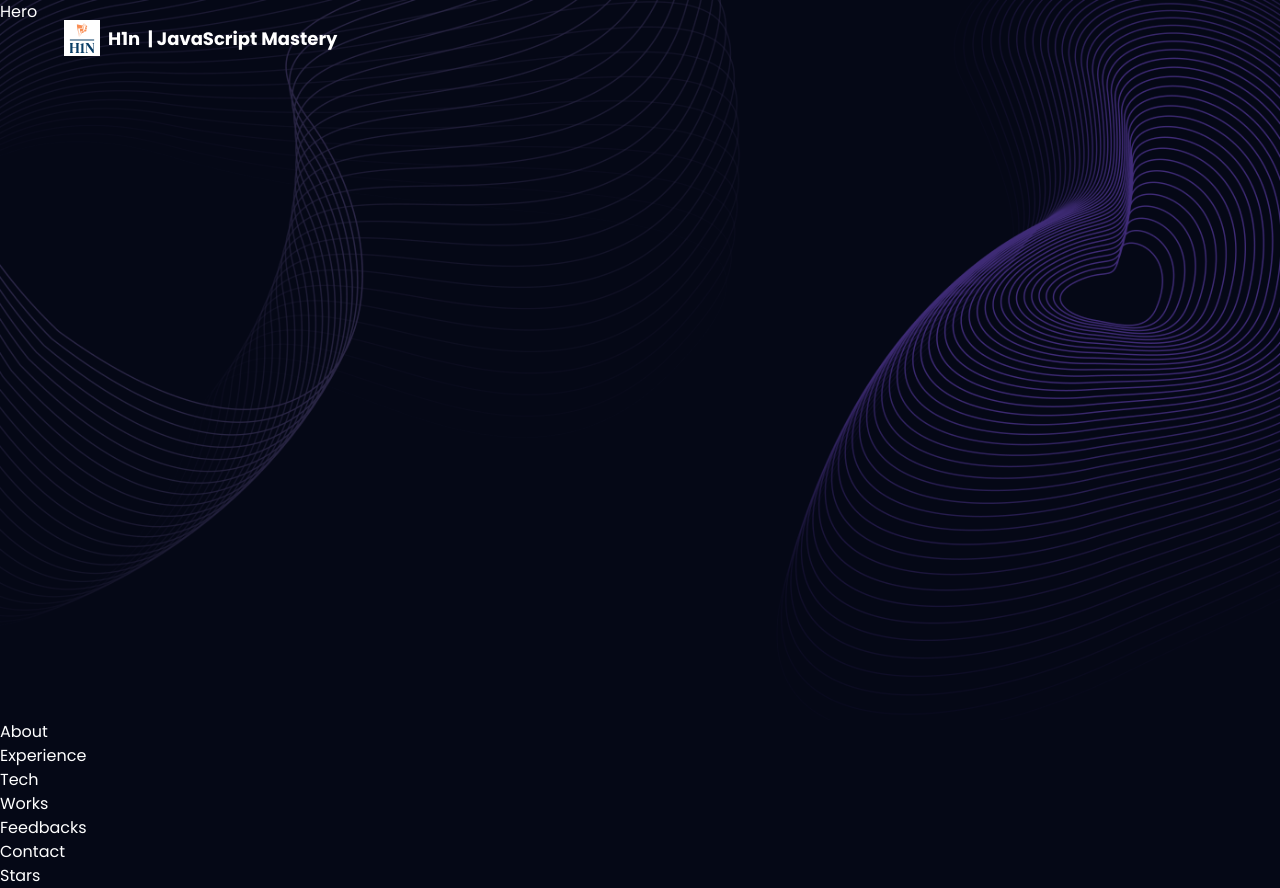
Repository: truonghuynhquy/3D_Portfolio
Page: /
These files come from the project's save history. The page is drawn as it stood at one moment and after the next save; the edit follows.
The browser window is 1280 px wide. The pictures show the whole page.
The project was rebuilt for these pictures with package versions that can differ from the ones it lists, and the page was loaded fresh each time. Also part of the build but not shown: vite.config.js, src/components/canvas/Earth.jsx, src/components/canvas/Ball.jsx, src/components/canvas/Computers.jsx. Imported but missing from the stored project, and not drawn on this page: src/components/hoc, src/components/styles, src/components/utils/motion.

Above is the page before, as saved 2023-04-08 10:58:13.

### index.html
<!DOCTYPE html>
<html lang="en">
  <head>
    <meta charset="UTF-8" />
    <link rel="icon" type="image/svg+xml" href="/src/assets/logo.svg" />
    <meta name="viewport" content="width=device-width, initial-scale=1.0" />
    <title>H1n | Portfolio</title>
  </head>
  <body>
    <div id="root"></div>
    <script type="module" src="/src/main.jsx"></script>
  </body>
</html>

### src/App.jsx
import { BrowserRouter } from "react-router-dom";

import {
    About,
    Contact,
    Experience,
    Feedbacks,
    Hero,
    Navbar,
    Tech,
    Works,
    StarsCanvas,
} from "./components";

const App = () => {
    return (
        <BrowserRouter>
            <div className="relative z-0 bg-primary">
                <div className="bg-hero-pattern bg-cover bg-no-repeat bg-center h-screen">
                    <Navbar />
                    <Hero />
                </div>
                <About />
                <Experience />
                <Tech />
                <Works />
                <Feedbacks />
                <div className="relative z-0">
                    <Contact />
                    <StarsCanvas />
                </div>
            </div>
        </BrowserRouter>
    );
};

export default App;

### src/index.css
@import url("https://fonts.googleapis.com/css2?family=Poppins:wght@100;200;300;400;500;600;700;800;900&display=swap");

@tailwind base;
@tailwind components;
@tailwind utilities;

* {
    margin: 0;
    padding: 0;
    box-sizing: border-box;
    font-family: "Poppins", sans-serif;
    scroll-behavior: smooth;
    color-scheme: dark;
}

.hash-span {
    margin-top: -100px;
    padding-bottom: 100px;
    display: block;
}

.black-gradient {
    background: #000000; /* fallback for old browsers */
    background: -webkit-linear-gradient(
        to right,
        #434343,
        #000000
    ); /* Chrome 10-25, Safari 5.1-6 */
    background: linear-gradient(
        to right,
        #434343,
        #000000
    ); /* W3C, IE 10+/ Edge, Firefox 16+, Chrome 26+, Opera 12+, Safari 7+ */
}

.violet-gradient {
    background: #804dee;
    background: linear-gradient(-90deg, #804dee 0%, rgba(60, 51, 80, 0) 100%);
    background: -webkit-linear-gradient(
        -90deg,
        #804dee 0%,
        rgba(60, 51, 80, 0) 100%
    );
}

.green-pink-gradient {
    background: "#00cea8";
    background: linear-gradient(90.13deg, #00cea8 1.9%, #bf61ff 97.5%);
    background: -webkit-linear-gradient(-90.13deg, #00cea8 1.9%, #bf61ff 97.5%);
}

.orange-text-gradient {
    background: #f12711; /* fallback for old browsers */
    background: -webkit-linear-gradient(
        to top,
        #f12711,
        #f5af19
    ); /* Chrome 10-25, Safari 5.1-6 */
    background: linear-gradient(
        to top,
        #f12711,
        #f5af19
    ); /* W3C, IE 10+/ Edge, Firefox 16+, Chrome 26+, Opera 12+, Safari 7+ */
    -webkit-background-clip: text;
    -webkit-text-fill-color: transparent;
}

.green-text-gradient {
    background: #11998e; /* fallback for old browsers */
    background: -webkit-linear-gradient(
        to top,
        #11998e,
        #38ef7d
    ); /* Chrome 10-25, Safari 5.1-6 */
    background: linear-gradient(
        to top,
        #11998e,
        #38ef7d
    ); /* W3C, IE 10+/ Edge, Firefox 16+, Chrome 26+, Opera 12+, Safari 7+ */
    -webkit-background-clip: text;
    -webkit-text-fill-color: transparent;
}

.blue-text-gradient {
    /* background: -webkit-linear-gradient(#eee, #333); */
    background: #56ccf2; /* fallback for old browsers */
    background: -webkit-linear-gradient(
        to top,
        #2f80ed,
        #56ccf2
    ); /* Chrome 10-25, Safari 5.1-6 */
    background: linear-gradient(
        to top,
        #2f80ed,
        #56ccf2
    ); /* W3C, IE 10+/ Edge, Firefox 16+, Chrome 26+, Opera 12+, Safari 7+ */
    -webkit-background-clip: text;
    -webkit-text-fill-color: transparent;
}

.pink-text-gradient {
    background: #ec008c; /* fallback for old browsers */
    background: -webkit-linear-gradient(
        to top,
        #ec008c,
        #fc6767
    ); /* Chrome 10-25, Safari 5.1-6 */
    background: linear-gradient(
        to top,
        #ec008c,
        #fc6767
    ); /* W3C, IE 10+/ Edge, Firefox 16+, Chrome 26+, Opera 12+, Safari 7+ */
    -webkit-background-clip: text;
    -webkit-text-fill-color: transparent;
}

/* canvas- styles */
.canvas-loader {
    font-size: 10px;
    width: 1em;
    height: 1em;
    border-radius: 50%;
    position: relative;
    text-indent: -9999em;
    animation: mulShdSpin 1.1s infinite ease;
    transform: translateZ(0);
}

@keyframes mulShdSpin {
    0%,
    100% {
        box-shadow: 0em -2.6em 0em 0em #ffffff,
            1.8em -1.8em 0 0em rgba(255, 255, 255, 0.2),
            2.5em 0em 0 0em rgba(255, 255, 255, 0.2),
            1.75em 1.75em 0 0em rgba(255, 255, 255, 0.2),
            0em 2.5em 0 0em rgba(255, 255, 255, 0.2),
            -1.8em 1.8em 0 0em rgba(255, 255, 255, 0.2),
            -2.6em 0em 0 0em rgba(255, 255, 255, 0.5),
            -1.8em -1.8em 0 0em rgba(255, 255, 255, 0.7);
    }
    12.5% {
        box-shadow: 0em -2.6em 0em 0em rgba(255, 255, 255, 0.7),
            1.8em -1.8em 0 0em #ffffff, 2.5em 0em 0 0em rgba(255, 255, 255, 0.2),
            1.75em 1.75em 0 0em rgba(255, 255, 255, 0.2),
            0em 2.5em 0 0em rgba(255, 255, 255, 0.2),
            -1.8em 1.8em 0 0em rgba(255, 255, 255, 0.2),
            -2.6em 0em 0 0em rgba(255, 255, 255, 0.2),
            -1.8em -1.8em 0 0em rgba(255, 255, 255, 0.5);
    }
    25% {
        box-shadow: 0em -2.6em 0em 0em rgba(255, 255, 255, 0.5),
            1.8em -1.8em 0 0em rgba(255, 255, 255, 0.7), 2.5em 0em 0 0em #ffffff,
            1.75em 1.75em 0 0em rgba(255, 255, 255, 0.2),
            0em 2.5em 0 0em rgba(255, 255, 255, 0.2),
            -1.8em 1.8em 0 0em rgba(255, 255, 255, 0.2),
            -2.6em 0em 0 0em rgba(255, 255, 255, 0.2),
            -1.8em -1.8em 0 0em rgba(255, 255, 255, 0.2);
    }
    37.5% {
        box-shadow: 0em -2.6em 0em 0em rgba(255, 255, 255, 0.2),
            1.8em -1.8em 0 0em rgba(255, 255, 255, 0.5),
            2.5em 0em 0 0em rgba(255, 255, 255, 0.7),
            1.75em 1.75em 0 0em #ffffff,
            0em 2.5em 0 0em rgba(255, 255, 255, 0.2),
            -1.8em 1.8em 0 0em rgba(255, 255, 255, 0.2),
            -2.6em 0em 0 0em rgba(255, 255, 255, 0.2),
            -1.8em -1.8em 0 0em rgba(255, 255, 255, 0.2);
    }
    50% {
        box-shadow: 0em -2.6em 0em 0em rgba(255, 255, 255, 0.2),
            1.8em -1.8em 0 0em rgba(255, 255, 255, 0.2),
            2.5em 0em 0 0em rgba(255, 255, 255, 0.5),
            1.75em 1.75em 0 0em rgba(255, 255, 255, 0.7),
            0em 2.5em 0 0em #ffffff, -1.8em 1.8em 0 0em rgba(255, 255, 255, 0.2),
            -2.6em 0em 0 0em rgba(255, 255, 255, 0.2),
            -1.8em -1.8em 0 0em rgba(255, 255, 255, 0.2);
    }
    62.5% {
        box-shadow: 0em -2.6em 0em 0em rgba(255, 255, 255, 0.2),
            1.8em -1.8em 0 0em rgba(255, 255, 255, 0.2),
            2.5em 0em 0 0em rgba(255, 255, 255, 0.2),
            1.75em 1.75em 0 0em rgba(255, 255, 255, 0.5),
            0em 2.5em 0 0em rgba(255, 255, 255, 0.7), -1.8em 1.8em 0 0em #ffffff,
            -2.6em 0em 0 0em rgba(255, 255, 255, 0.2),
            -1.8em -1.8em 0 0em rgba(255, 255, 255, 0.2);
    }
    75% {
        box-shadow: 0em -2.6em 0em 0em rgba(255, 255, 255, 0.2),
            1.8em -1.8em 0 0em rgba(255, 255, 255, 0.2),
            2.5em 0em 0 0em rgba(255, 255, 255, 0.2),
            1.75em 1.75em 0 0em rgba(255, 255, 255, 0.2),
            0em 2.5em 0 0em rgba(255, 255, 255, 0.5),
            -1.8em 1.8em 0 0em rgba(255, 255, 255, 0.7),
            -2.6em 0em 0 0em #ffffff,
            -1.8em -1.8em 0 0em rgba(255, 255, 255, 0.2);
    }
    87.5% {
        box-shadow: 0em -2.6em 0em 0em rgba(255, 255, 255, 0.2),
            1.8em -1.8em 0 0em rgba(255, 255, 255, 0.2),
            2.5em 0em 0 0em rgba(255, 255, 255, 0.2),
            1.75em 1.75em 0 0em rgba(255, 255, 255, 0.2),
            0em 2.5em 0 0em rgba(255, 255, 255, 0.2),
            -1.8em 1.8em 0 0em rgba(255, 255, 255, 0.5),
            -2.6em 0em 0 0em rgba(255, 255, 255, 0.7),
            -1.8em -1.8em 0 0em #ffffff;
    }
}

### src/components/Navbar.jsx
import React, { useEffect, useState } from "react";
import { Link } from "react-router-dom";

import { styles } from "../styles";
import { navLinks } from "../constants";
import { logo, menu, close } from "../assets";

const Navbar = () => {
    const [active, setActive] = useState("");

    return (
        <nav
            className={`${styles.paddingX} w-full flex items-center py-5 fixed top-0 z-20 `}
        >
            <div className="w-full flex justify-between items-center max-w-7xl mx-auto">
                <Link
                    to={"/"}
                    className="flex items-center gap-2"
                    onClick={() => {
                        setActive("");
                        window.scrollTo(0, 0);
                    }}
                >
                    <img
                        src={logo}
                        alt="logo"
                        className="w-9 h-9 object-contain"
                    />
                    <p className="text-white text-[18px] font-bold cursor-pointer flex">
                        H1n &nbsp;
                        <span className="sm:block hidden">
                            {" "}
                            | JavaScript Mastery
                        </span>
                    </p>
                </Link>
                <ul className="list-none hidden sm:flex flex-row gap-10">
                    {navLinks.map((nav) => (
                        <li
                            key={nav.id}
                            className={`${
                                active === nav.title
                                    ? "text-white"
                                    : "text-secondary"
                            } hover:text-white text-[18px] font-medium cursor-pointer`}
                            onClick={() => setActive(nav.title)}
                        ></li>
                    ))}
                </ul>
            </div>
        </nav>
    );
};

export default Navbar;

### src/constants/index.js
import {
  mobile,
  backend,
  creator,
  web,
  javascript,
  typescript,
  html,
  css,
  reactjs,
  redux,
  tailwind,
  nodejs,
  mongodb,
  git,
  figma,
  docker,
  meta,
  starbucks,
  tesla,
  shopify,
  carrent,
  jobit,
  tripguide,
  threejs,
} from "../assets";

export const navLinks = [
  {
    id: "about",
    title: "About",
  },
  {
    id: "work",
    title: "Work",
  },
  {
    id: "contact",
    title: "Contact",
  },
];

const services = [
  {
    title: "Web Developer",
    icon: web,
  },
  {
    title: "React Native Developer",
    icon: mobile,
  },
  {
    title: "Backend Developer",
    icon: backend,
  },
  {
    title: "Content Creator",
    icon: creator,
  },
];

const technologies = [
  {
    name: "HTML 5",
    icon: html,
  },
  {
    name: "CSS 3",
    icon: css,
  },
  {
    name: "JavaScript",
    icon: javascript,
  },
  {
    name: "TypeScript",
    icon: typescript,
  },
  {
    name: "React JS",
    icon: reactjs,
  },
  {
    name: "Redux Toolkit",
    icon: redux,
  },
  {
    name: "Tailwind CSS",
    icon: tailwind,
  },
  {
    name: "Node JS",
    icon: nodejs,
  },
  {
    name: "MongoDB",
    icon: mongodb,
  },
  {
    name: "Three JS",
    icon: threejs,
  },
  {
    name: "git",
    icon: git,
  },
  {
    name: "figma",
    icon: figma,
  },
  {
    name: "docker",
    icon: docker,
  },
];

const experiences = [
  {
    title: "React.js Developer",
    company_name: "Starbucks",
    icon: starbucks,
    iconBg: "#383E56",
    date: "March 2020 - April 2021",
    points: [
      "Developing and maintaining web applications using React.js and other related technologies.",
      "Collaborating with cross-functional teams including designers, product managers, and other developers to create high-quality products.",
      "Implementing responsive design and ensuring cross-browser compatibility.",
      "Participating in code reviews and providing constructive feedback to other developers.",
    ],
  },
  {
    title: "React Native Developer",
    company_name: "Tesla",
    icon: tesla,
    iconBg: "#E6DEDD",
    date: "Jan 2021 - Feb 2022",
    points: [
      "Developing and maintaining web applications using React.js and other related technologies.",
      "Collaborating with cross-functional teams including designers, product managers, and other developers to create high-quality products.",
      "Implementing responsive design and ensuring cross-browser compatibility.",
      "Participating in code reviews and providing constructive feedback to other developers.",
    ],
  },
  {
    title: "Web Developer",
    company_name: "Shopify",
    icon: shopify,
    iconBg: "#383E56",
    date: "Jan 2022 - Jan 2023",
    points: [
      "Developing and maintaining web applications using React.js and other related technologies.",
      "Collaborating with cross-functional teams including designers, product managers, and other developers to create high-quality products.",
      "Implementing responsive design and ensuring cross-browser compatibility.",
      "Participating in code reviews and providing constructive feedback to other developers.",
    ],
  },
  {
    title: "Full stack Developer",
    company_name: "Meta",
    icon: meta,
    iconBg: "#E6DEDD",
    date: "Jan 2023 - Present",
    points: [
      "Developing and maintaining web applications using React.js and other related technologies.",
      "Collaborating with cross-functional teams including designers, product managers, and other developers to create high-quality products.",
      "Implementing responsive design and ensuring cross-browser compatibility.",
      "Participating in code reviews and providing constructive feedback to other developers.",
    ],
  },
];

const testimonials = [
  {
    testimonial:
      "I thought it was impossible to make a website as beautiful as our product, but Rick proved me wrong.",
    name: "Sara Lee",
    designation: "CFO",
    company: "Acme Co",
    image: "https://randomuser.me/api/portraits/women/4.jpg",
  },
  {
    testimonial:
      "I've never met a web developer who truly cares about their clients' success like Rick does.",
    name: "Chris Brown",
    designation: "COO",
    company: "DEF Corp",
    image: "https://randomuser.me/api/portraits/men/5.jpg",
  },
  {
    testimonial:
      "After Rick optimized our website, our traffic increased by 50%. We can't thank them enough!",
    name: "Lisa Wang",
    designation: "CTO",
    company: "456 Enterprises",
    image: "https://randomuser.me/api/portraits/women/6.jpg",
  },
];

const projects = [
  {
    name: "Car Rent",
    description:
      "Web-based platform that allows users to search, book, and manage car rentals from various providers, providing a convenient and efficient solution for transportation needs.",
    tags: [
      {
        name: "react",
        color: "blue-text-gradient",
      },
      {
        name: "mongodb",
        color: "green-text-gradient",
      },
      {
        name: "tailwind",
        color: "pink-text-gradient",
      },
    ],
    image: carrent,
    source_code_link: "https://github.com/",
  },
  {
    name: "Job IT",
    description:
      "Web application that enables users to search for job openings, view estimated salary ranges for positions, and locate available jobs based on their current location.",
    tags: [
      {
        name: "react",
        color: "blue-text-gradient",
      },
      {
        name: "restapi",
        color: "green-text-gradient",
      },
      {
        name: "scss",
        color: "pink-text-gradient",
      },
    ],
    image: jobit,
    source_code_link: "https://github.com/",
  },
  {
    name: "Trip Guide",
    description:
      "A comprehensive travel booking platform that allows users to book flights, hotels, and rental cars, and offers curated recommendations for popular destinations.",
    tags: [
      {
        name: "nextjs",
        color: "blue-text-gradient",
      },
      {
        name: "supabase",
        color: "green-text-gradient",
      },
      {
        name: "css",
        color: "pink-text-gradient",
      },
    ],
    image: tripguide,
    source_code_link: "https://github.com/",
  },
];

export { services, technologies, experiences, testimonials, projects };

### src/assets/index.js
import logo from "./logo.svg";
import backend from "./backend.png";
import creator from "./creator.png";
import mobile from "./mobile.png";
import web from "./web.png";
import github from "./github.png";
import menu from "./menu.svg";
import close from "./close.svg";

import css from "./tech/css.png";
import docker from "./tech/docker.png";
import figma from "./tech/figma.png";
import git from "./tech/git.png";
import html from "./tech/html.png";
import javascript from "./tech/javascript.png";
import mongodb from "./tech/mongodb.png";
import nodejs from "./tech/nodejs.png";
import reactjs from "./tech/reactjs.png";
import redux from "./tech/redux.png";
import tailwind from "./tech/tailwind.png";
import typescript from "./tech/typescript.png";
import threejs from "./tech/threejs.svg";

import meta from "./company/meta.png";
import shopify from "./company/shopify.png";
import starbucks from "./company/starbucks.png";
import tesla from "./company/tesla.png";

import carrent from "./carrent.png";
import jobit from "./jobit.png";
import tripguide from "./tripguide.png";

export {
  logo,
  backend,
  creator,
  mobile,
  web,
  github,
  menu,
  close,
  css,
  docker,
  figma,
  git,
  html,
  javascript,
  mongodb,
  nodejs,
  reactjs,
  redux,
  tailwind,
  typescript,
  threejs,
  meta,
  shopify,
  starbucks,
  tesla,
  carrent,
  jobit,
  tripguide,
};

### tailwind.config.js
/** @type {import('tailwindcss').Config} */
module.exports = {
    content: ["./src/**/*.{js,jsx}"],
    mode: "jit",
    theme: {
        extend: {
            colors: {
                primary: "#050816",
                secondary: "#aaa6c3",
                tertiary: "#151030",
                "black-100": "#100d25",
                "black-200": "#090325",
                "white-100": "#f3f3f3",
            },
            boxShadow: {
                card: "0px 35px 120px -15px #211e35",
            },
            screens: {
                xs: "450px",
            },
            backgroundImage: {
                "hero-pattern": "url('/src/assets/herobg.png')",
            },
        },
    },
    plugins: [],
};

Loaded but not shown: src/main.jsx (common file); src/components/index.js (common file); src/components/canvas/index.js (common file); src/components/Hero.jsx (common file); src/components/About.jsx (common file); src/components/Tech.jsx (common file); src/components/Experience.jsx (common file); src/components/Works.jsx (common file); src/components/Feedbacks.jsx (common file); src/components/Contact.jsx (common file); src/components/canvas/Stars.jsx (common file); src/styles.js (common file)

After the next save:
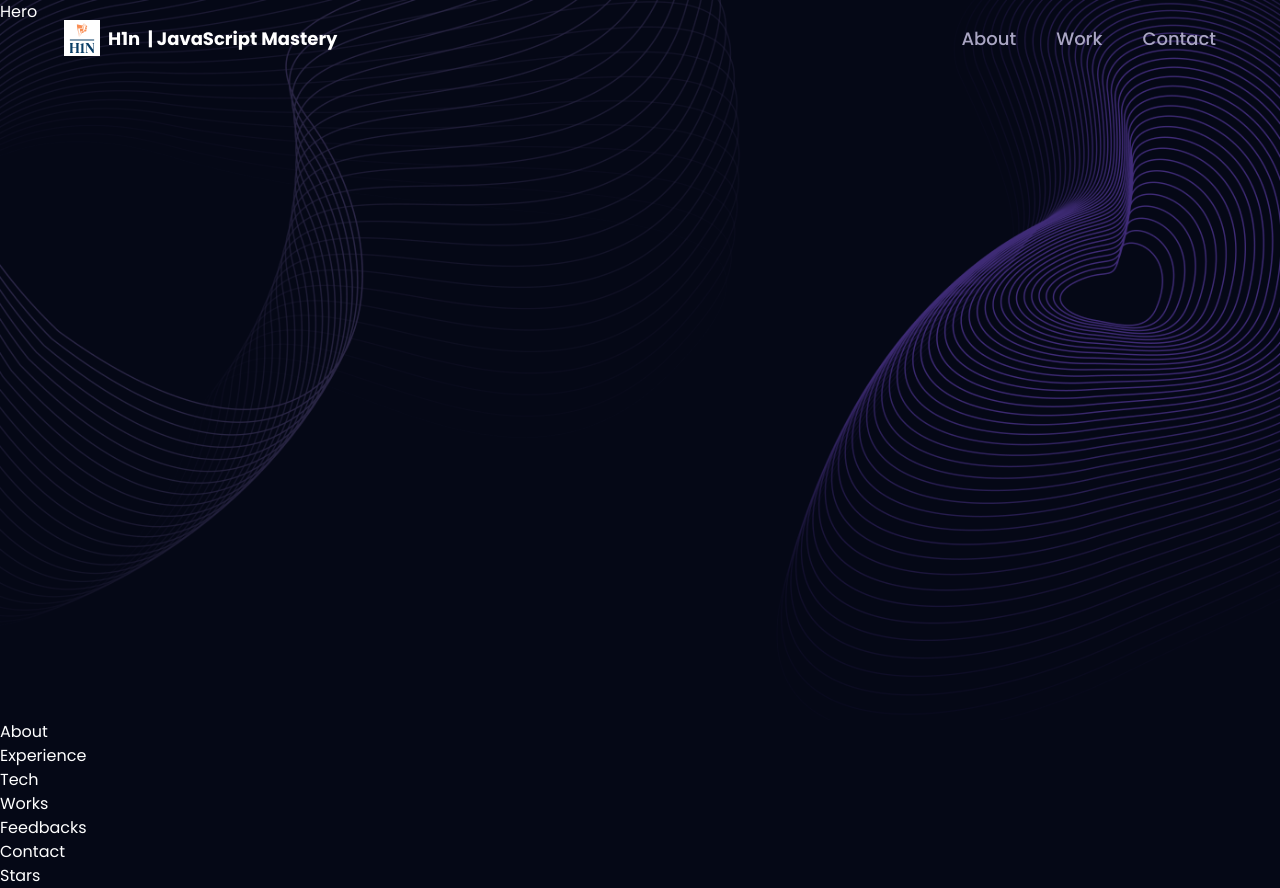
Saved 19 s later.
--- a/src/components/Navbar.jsx
+++ b/src/components/Navbar.jsx
@@ -44,7 +44,9 @@
                                     : "text-secondary"
                             } hover:text-white text-[18px] font-medium cursor-pointer`}
                             onClick={() => setActive(nav.title)}
-                        ></li>
+                        >
+                            <a href={`#${nav.id}`}>{nav.title}</a>
+                        </li>
                     ))}
                 </ul>
             </div>

After the save that followed:
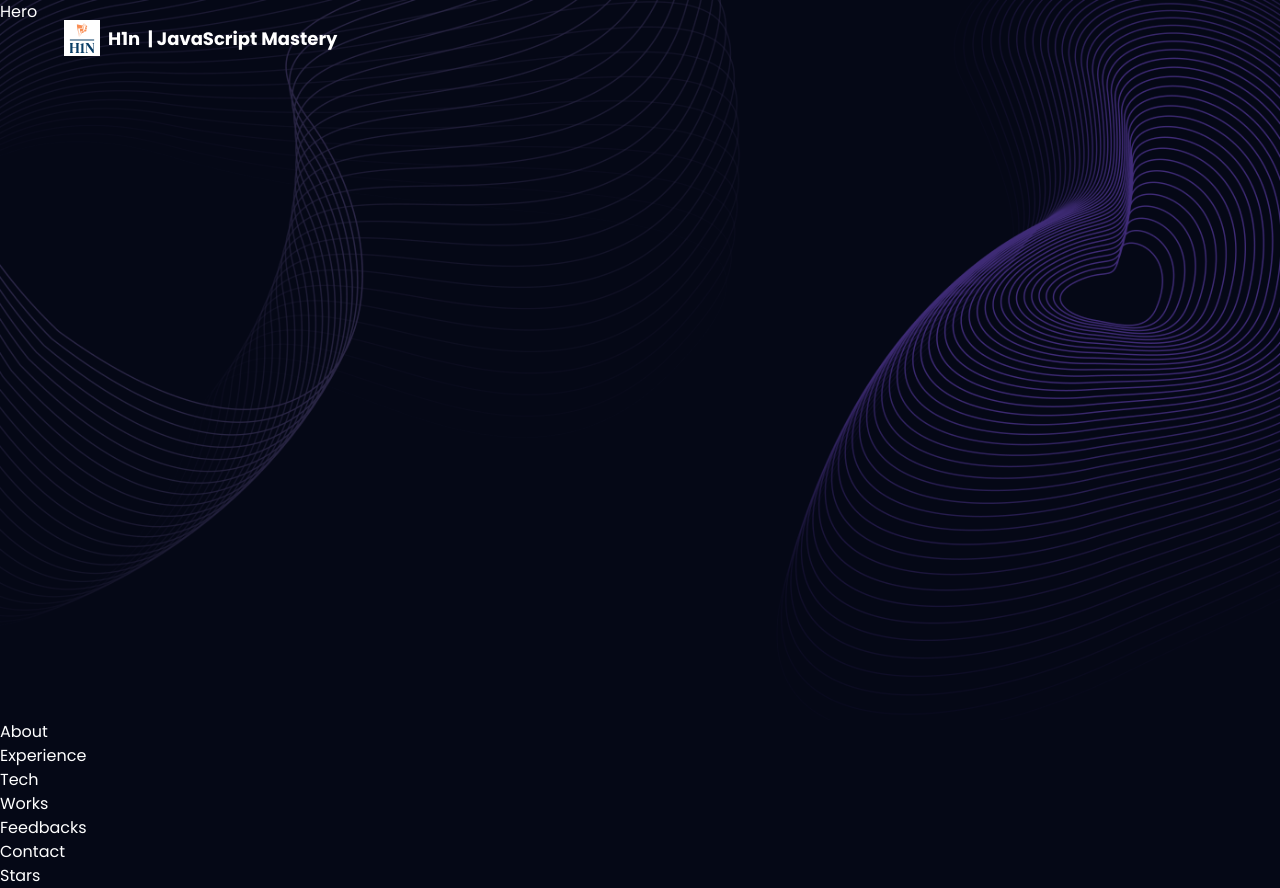
Saved 11 s later.
--- a/src/components/Navbar.jsx
+++ b/src/components/Navbar.jsx
@@ -45,7 +45,7 @@
                             } hover:text-white text-[18px] font-medium cursor-pointer`}
                             onClick={() => setActive(nav.title)}
                         >
-                            <a href={`#${nav.id}`}>{nav.title}</a>
+                            {/* <a href={`#${nav.id}`}>{nav.title}</a> */}
                         </li>
                     ))}
                 </ul>
